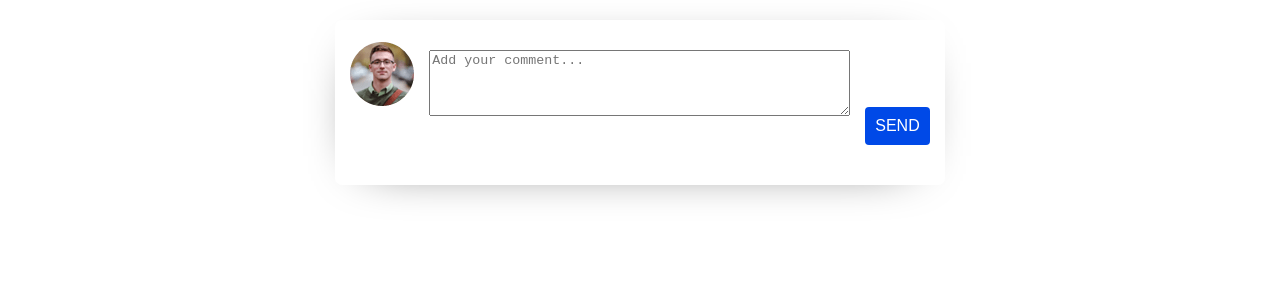
Repository: badhon252/interactive-comments-section
Page: /
The author's editor kept a copy of each file at every save. The page is drawn from the files as they stood at one save, then again after the next save.
The browser window is 1280 px wide. The pictures show the whole page.
The project was rebuilt for these pictures with package versions that can differ from the ones it lists, and the page was loaded fresh each time.

Above is the page before, as saved 2022-01-28 00:19:05.

After the next save:
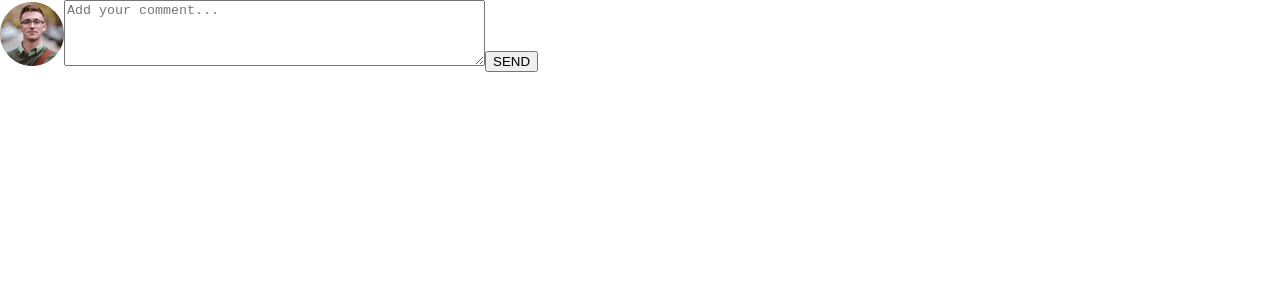
Saved 10 h 55 min later.
--- a/src/components/WriteComments.js
+++ b/src/components/WriteComments.js
@@ -1,5 +1,5 @@
 import React, { useState } from "react";
-import "../App.css";
+// import "../App.css";
 import Avatar from "../images/avatars/image-juliusomo.png";
 import avatar from "../images/avatars/image-amyrobson.png";
 // import Comments from "./Comments";

After the save that followed:
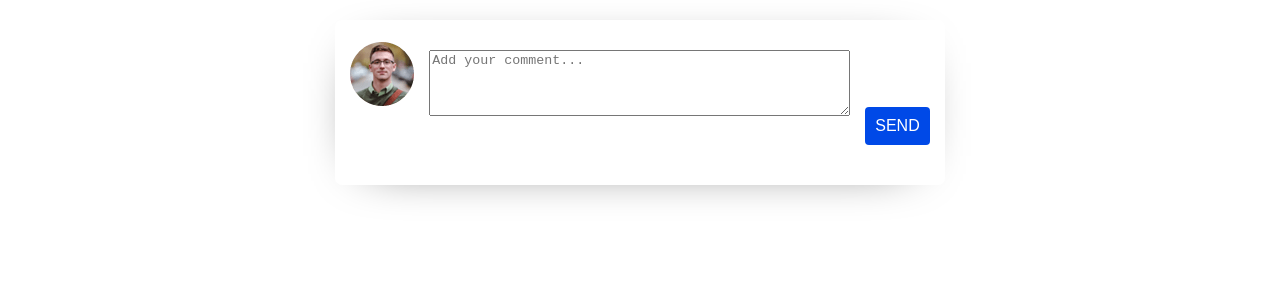
Saved 39 s later.
--- a/src/components/WriteComments.js
+++ b/src/components/WriteComments.js
@@ -1,5 +1,5 @@
 import React, { useState } from "react";
-// import "../App.css";
+import "../App.css";
 import Avatar from "../images/avatars/image-juliusomo.png";
 import avatar from "../images/avatars/image-amyrobson.png";
 // import Comments from "./Comments";
